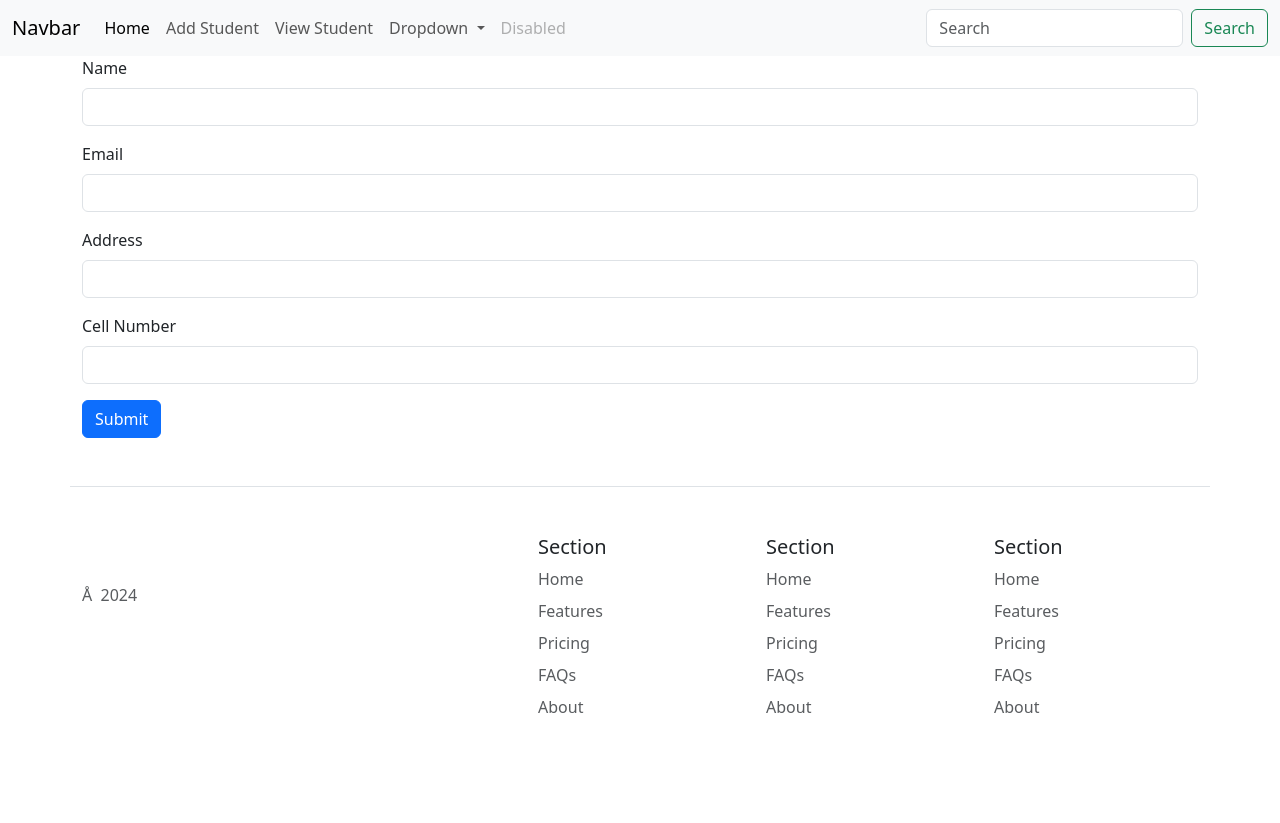
Repository: mdkutub1787/Eclips
Page: http://localhost/JSPCrud2/studentaddform.jsp
The author's editor kept a copy of each file at every save. The page is drawn from the files as they stood at one save, then again after the next save.
The browser window is 1280 px wide. The pictures show the whole page.
The page is served by Tomcat 9.

Above is the page before, as saved 2024-07-04 03:17:17.

After the next save:
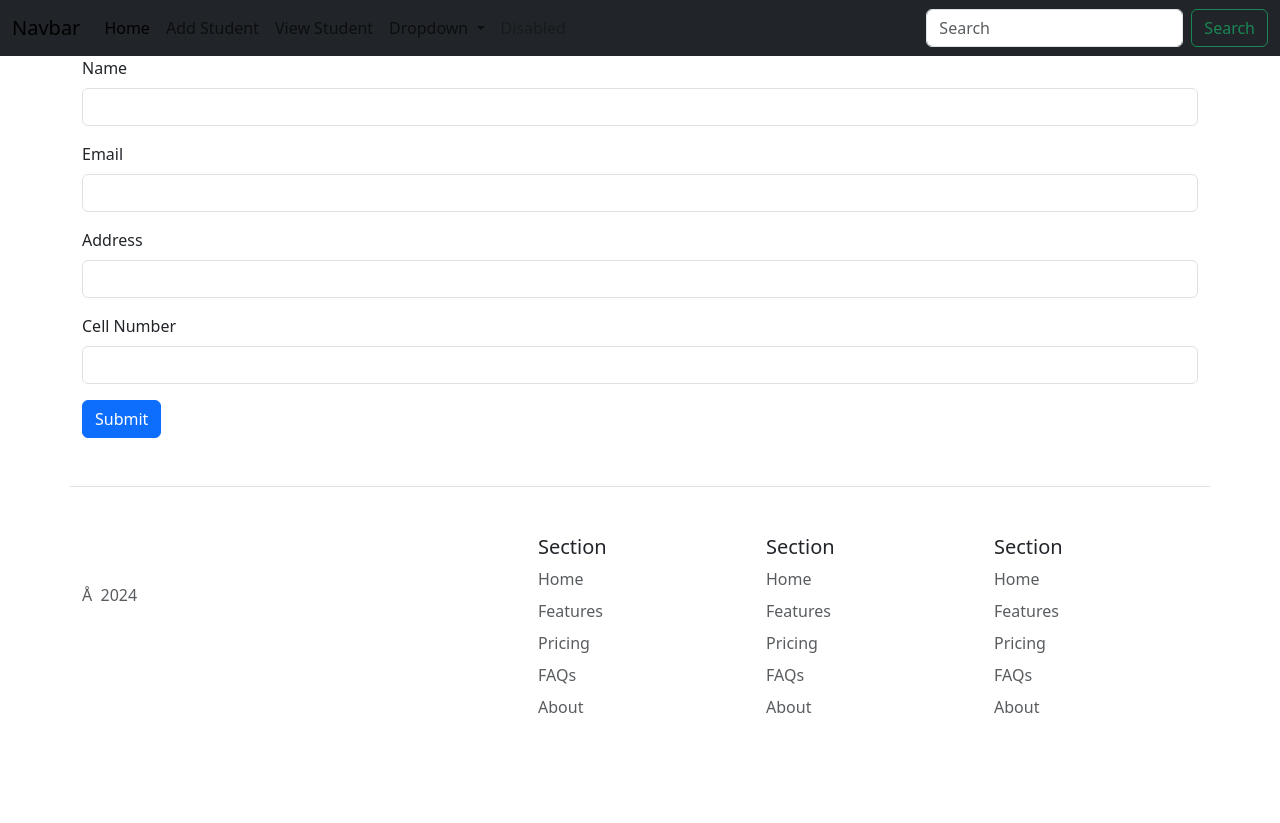
Saved 2 min 2 s later.
--- a/JSPCrud2/src/main/webapp/header.jsp
+++ b/JSPCrud2/src/main/webapp/header.jsp
@@ -10,7 +10,7 @@
 </head>
 <body>
 
-<nav class="navbar navbar-expand-lg bg-light">
+<nav class="navbar navbar-expand-lg bg-dark">
   <div class="container-fluid">
     <a class="navbar-brand" href="#">Navbar</a>
     <button class="navbar-toggler" type="button" data-bs-toggle="collapse" data-bs-target="#navbarSupportedContent" aria-controls="navbarSupportedContent" aria-expanded="false" aria-label="Toggle navigation">

After the save that followed:
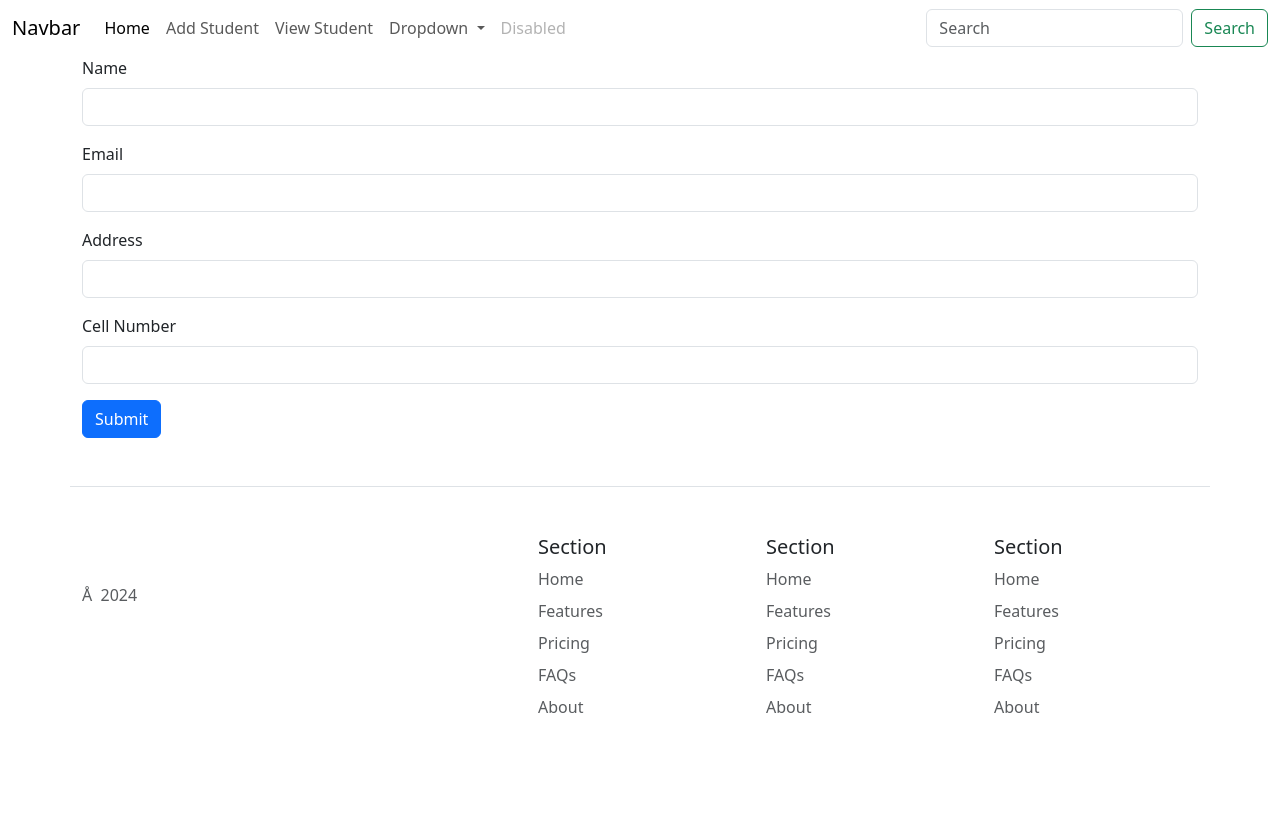
Saved 22 s later.
--- a/JSPCrud2/src/main/webapp/header.jsp
+++ b/JSPCrud2/src/main/webapp/header.jsp
@@ -10,7 +10,7 @@
 </head>
 <body>
 
-<nav class="navbar navbar-expand-lg bg-dark">
+<nav class="navbar navbar-expand-lg blue">
   <div class="container-fluid">
     <a class="navbar-brand" href="#">Navbar</a>
     <button class="navbar-toggler" type="button" data-bs-toggle="collapse" data-bs-target="#navbarSupportedContent" aria-controls="navbarSupportedContent" aria-expanded="false" aria-label="Toggle navigation">
